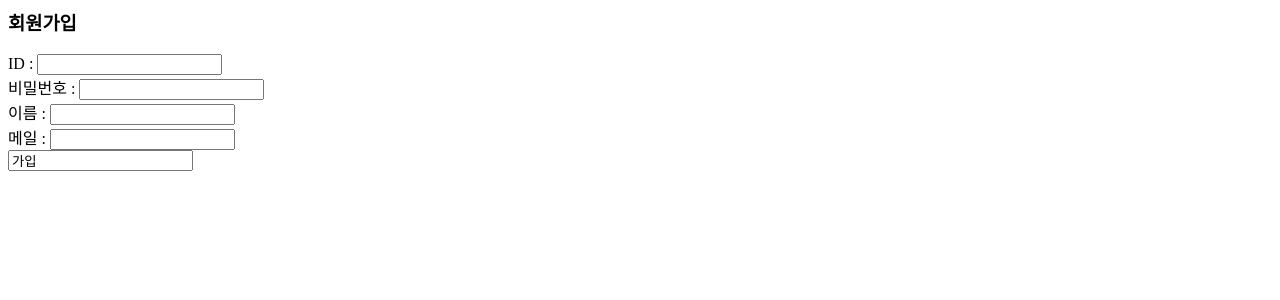
Repository: daelong/ServletJsp
Page: http://localhost/edu/memberInput.jsp
An editor plug-in stored every save of this project. The page is shown before and after the next save, followed by the edit.
The browser window is 1280 px wide. The pictures show the whole page.
The page is served by Tomcat 9. Other server files are loaded and not shown.

Above is the page before, as saved 2019-03-20 11:05:53.

### edu/WebContent/memberInput.jsp
<%@ page contentType="text/html; charset=UTF-8"%>

<h3>회원가입</h3>

<form action="memberProc.jsp" method="post">

	ID : <input type="text" name="id"><br>
	비밀번호 : <input type="text" name="passwd"><br>
	이름 : <input type="text" name="name"><br>
	메일 : <input type="text" name="mail"><br>
	<input tyep="submit" value="가입">
</form>

After the next save:
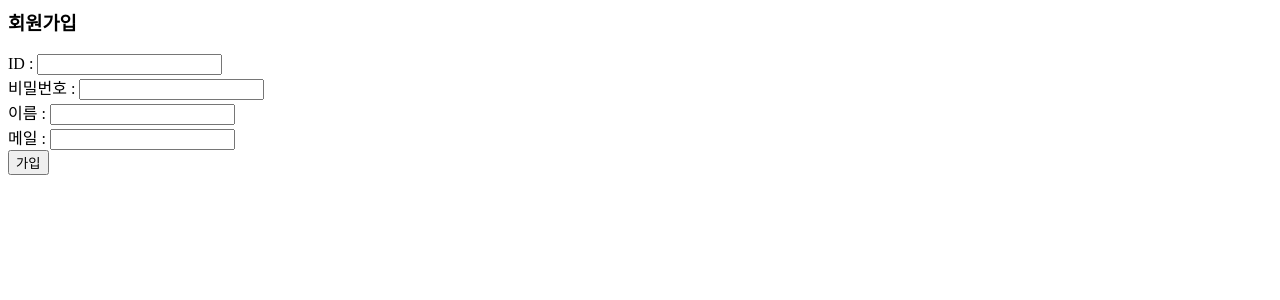
Saved 3 min 16 s later.
--- a/edu/WebContent/memberInput.jsp
+++ b/edu/WebContent/memberInput.jsp
@@ -8,5 +8,5 @@
 	비밀번호 : <input type="text" name="passwd"><br>
 	이름 : <input type="text" name="name"><br>
 	메일 : <input type="text" name="mail"><br>
-	<input tyep="submit" value="가입">
+	<input type="submit" value="가입">
 </form>
